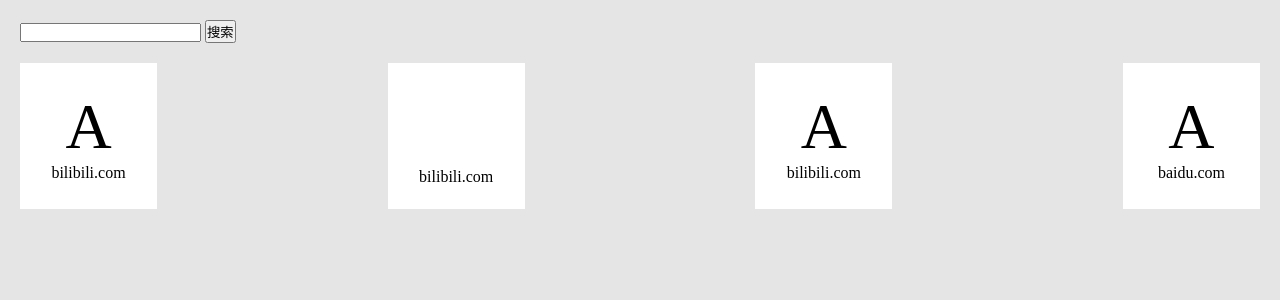
Repository: chenguocan/-
Page: src/index.html
These files come from the project's save history. The page is drawn as it stood at one moment and after the next save; the edit follows.
The browser window is 1280 px wide. The pictures show the whole page.

Above is the page before, as saved 2020-08-11 22:01:41.

### src/index.html
<!DOCTYPE html>
<html lang="en">

<head>
    <meta charset="UTF-8">
    <meta name="viewport"
        content="width=device-width,initial-scale=1,minimum-scale=1,maximum-scale=1,user-scalable=no,viewport-fit=cover">
    <meta http-equiv="X-UA-Compatible" content="ie=edge">
    <title>前端导航</title>
    <link rel="stylesheet" href="./style.css">
    <style type="text/css">
        .icon {
            width: 5em;
            height: 5em;
            vertical-align: -0.15em;
            fill: currentColor;
            overflow: hidden;
        }
    </style>
</head>

<body>
    <header class="globalHeader">
        <form class="searchForm">
            <input type="text" />
            <button class="searchButton">搜索</button>
        </form>
    </header>
    <main class="globalMain">
        <ul class="siteList">
            <li>
                <a href="https://www.bilibili.com">
                    <div class="siteBox">
                        <div class="logo">A</div>
                        <div class="site">bilibili.com</div>
                    </div>
                </a>
            </li>
            <li>
                <div class="addButton">
                    <div class="logo">
                        <svg class="icon" aria-hidden="true">
                            <use xlink:href="#icon-jiahao"></use>
                        </svg>
                    </div>
                    <div class="site">bilibili.com</div>
                </div>
            </li>
        </ul>
    </main>
    <script src="https://cdn.bootcdn.net/ajax/libs/jquery/3.5.1/jquery.slim.min.js"></script>
    <script src="//at.alicdn.com/t/font_2000749_640re2b3w3g.js"></script>
    <script src="./main.js"></script>
</body>

</html>

### src/style.css
*{
    margin: 0;
    padding: 0;
    box-sizing: border-box;
}
*::before{
    margin: 0;
    padding: 0;
    box-sizing: border-box;
}
*::after{
    margin:0;
    padding: 0;
    box-sizing: border-box;
}
body{
    background:#E5E5E5;
}
ul>li{
    list-style: none;
}
a{
    text-decoration: none;
    color: inherit;
}
.globalHeader{
    margin:20px;
    display: flex;
    flex-direction: row;
    flex-wrap: nowrap;
    justify-content: space-between;
}
.globalHeader > input{
    width: 100%;
    border: none;
    height: 40px;
    border-radius: 2px;
    background: #C4C4C4;
    padding-left: 10px;
}
.globalHeader > .searchButton{
    display: flex;
    white-space: nowrap;
    border: none;
    color:white;
    margin-left: 20px;
    background:#0F4FF3;
    border-radius:4px;
    padding:0 20px;
}
.siteList{
    display: flex;
    flex-direction: row;
    justify-content: space-between;
    flex-wrap: wrap;
    margin:0 20px;
}
.siteList .siteBox,.addButton{
    display: flex;
    flex-direction: column;
    justify-content: center;
    align-items: center;
    flex-wrap: wrap;
    height: 146px;
    width: 137px;
    margin-bottom: 10px;
    background:#FFFFFF;
}
.siteList .siteBox>.logo{
    font-size: 64px;
}
.siteList .siteBox>.site{
    font-size:16px;
}

### src/main.js
const $siteList = $(".siteList");
let hashMap = [
    {
        logo: "B",
        url: "https://www.bilibili.com",
    },
    {
        logo: "D",
        url: "https://www.baidu.com"
    }
]
let array = [];
let string = "";
hashMap.forEach((item, index) => {
    string += `
    <li>
        <a href="${item.url}">
            <div class="siteBox">
                <div class="logo">A</div>
                <div class="site">${item.url.replace("http://", "").replace("https://", "").replace("www.", "")}</div>
            </div>
        </a>
    </li>
    `;
})
$siteList.append(string);

After the next save:
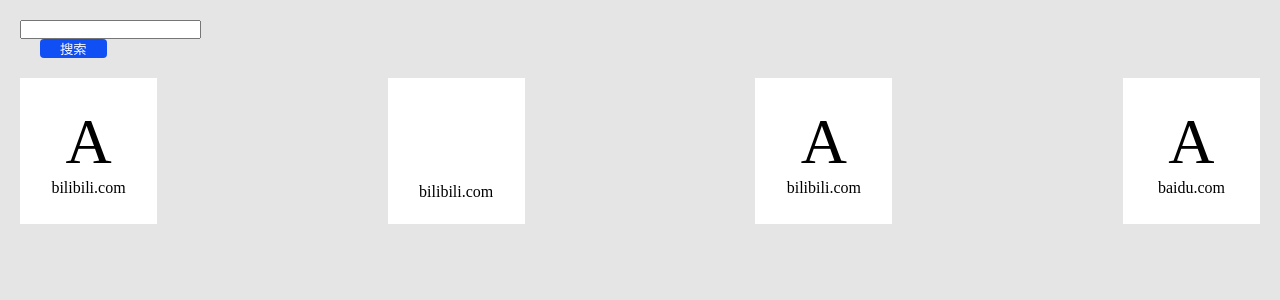
Saved 14 s later.
--- a/src/style.css
+++ b/src/style.css
@@ -38,7 +38,7 @@
     background: #C4C4C4;
     padding-left: 10px;
 }
-.globalHeader > .searchButton{
+.globalHeader  .searchButton{
     display: flex;
     white-space: nowrap;
     border: none;
